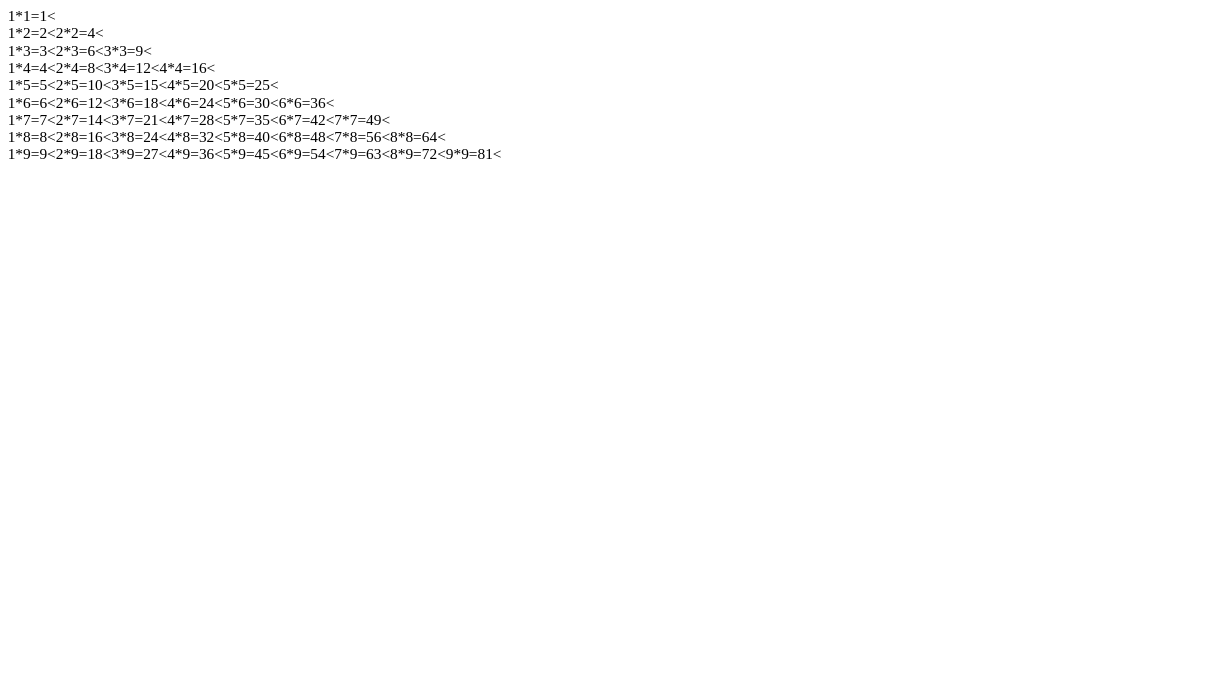
Repository: pengyuguan1984/JavaScriptPractice
Page: For-Exec02.html
The author's editor kept a copy of each file at every save. The page is drawn from the files as they stood at one save, then again after a run of saves.
The browser window is 1280 px wide. The pictures show the whole page, at 96% of full size.

Above is the page before, as saved 2020-09-23 14:19:45.

### For-Exec02.html
<!DOCTYPE html>
<html lang="en">
<head>
    <meta charset="UTF-8">
    <meta name="viewport" content="width=device-width, initial-scale=1.0">
    <title>For-Exec02</title>
    <script>
        /*打印99乘法表
        1*1=1
        1*2=2 2*2=4
        1*3=3 2*3=6 3*3=9
        1*4=4 2*4=8 3*4=12 4*4=16
        */

       for(var i=0;i<9;i++){

           for(j=1;j<=i+1;j++){
               var m=i+1;
               var c=j*m;

               document.write(j+'*'+m+'='+c+'<')
           }
           document.write('<br />')
       }
    </script>
</head>
<body>

</body>
</html>

After the next 3 saves:
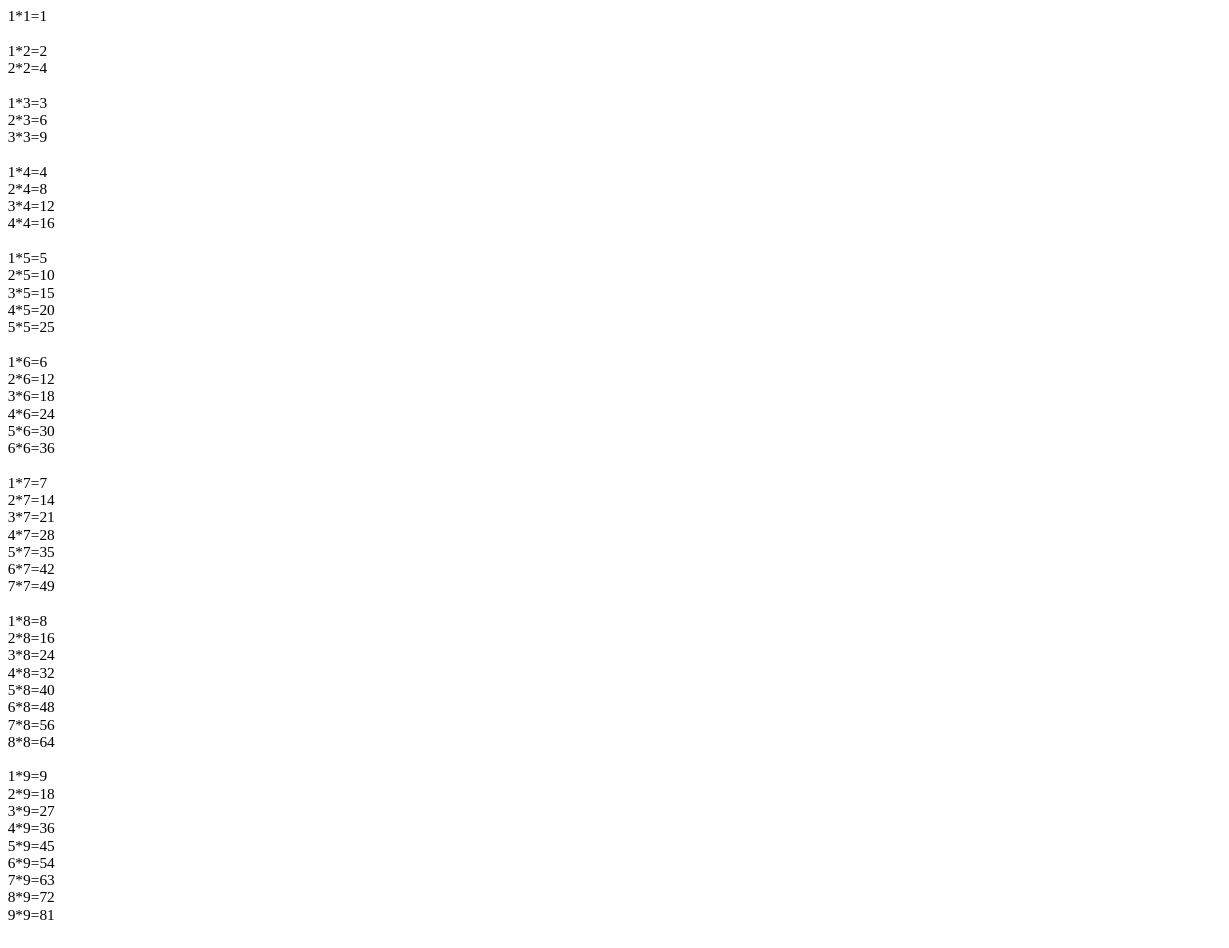
The 3 saves are shown as one change because they came seconds apart.
The last was saved 5 s later.
--- a/For-Exec02.html
+++ b/For-Exec02.html
@@ -18,7 +18,7 @@
                var m=i+1;
                var c=j*m;
 
-               document.write(j+'*'+m+'='+c+'<')
+               document.write(j+'*'+m+'='+c+'<br />')
            }
            document.write('<br />')
        }
